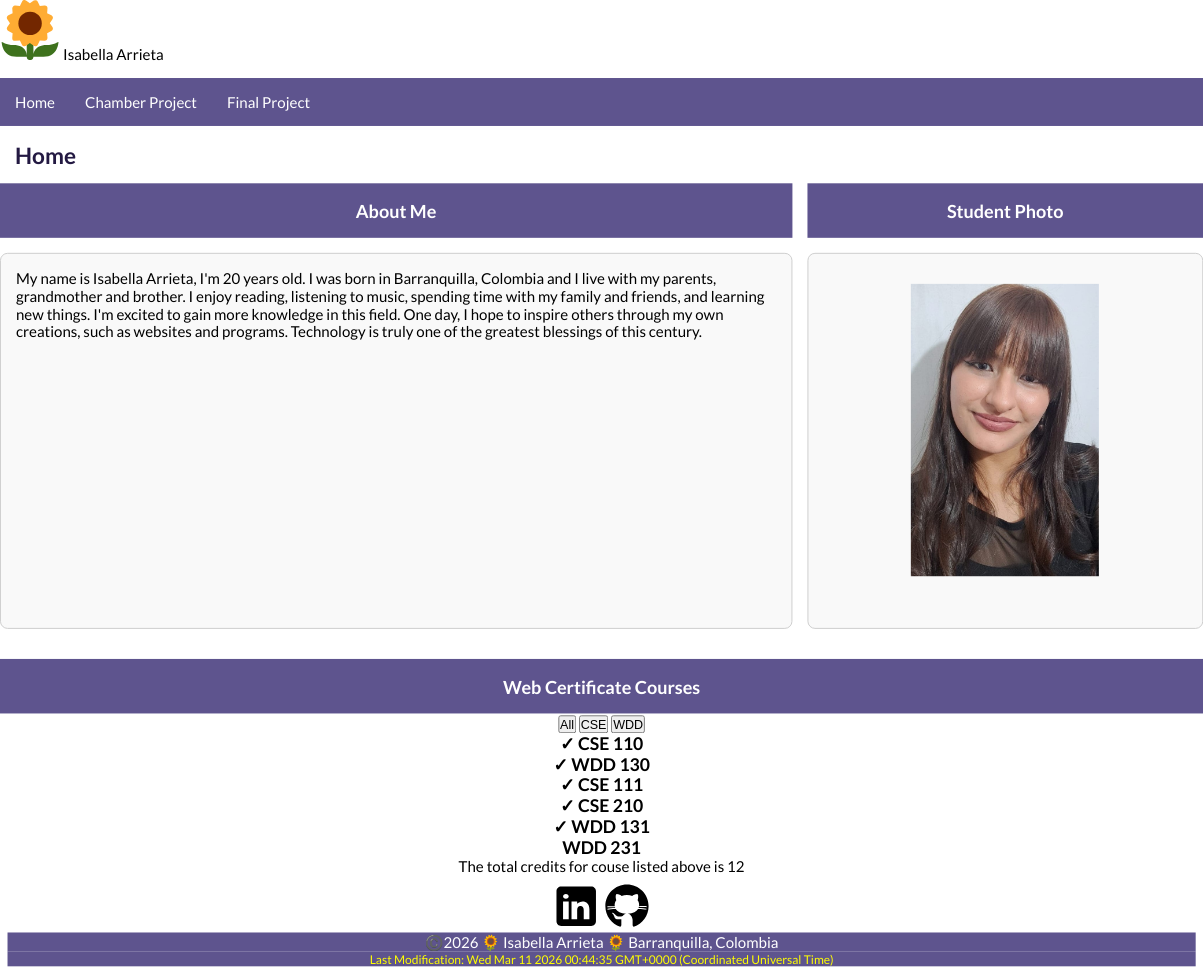
Repository: isaAJ05/wdd231
Page: index.html
These files come from the project's save history. The page is drawn as it stood at one moment and after the next save; the edit follows.
The browser window is 1280 px wide. The pictures show the whole page, at 94% of full size.
Some web fonts or font styles are not loaded; a fallback is used.

Above is the page before, as saved 2026-03-11 00:46:41.

### index.html
<!DOCTYPE html>
<html lang="en">
<head>
    <meta charset="UTF-8">
    <meta name="viewport" content="width=device-width, initial-scale=1.0">
    <title>WDD 231 – Web Frontend Development I – Isabella Arrieta</title>
    <meta name="description" content="WDD 231 – Web Frontend Development I Isabella Arrieta, This is a page about me">
    <meta name="author" content="Isabella Arrieta">
    <link rel="stylesheet" href="styles/normalize.css">
    <link rel="preconnect" href="https://fonts.googleapis.com">
    <link rel="preconnect" href="https://fonts.gstatic.com" crossorigin>
    <link href="https://fonts.googleapis.com/css2?family=Lato:ital,wght@0,100;0,300;0,400;0,700;0,900;1,100;1,300;1,400;1,700;1,900&family=Open+Sans:ital,wght@0,300..800;1,300..800&family=Play:wght@400;700&family=Raleway:ital,wght@0,100..900;1,100..900&display=swap" rel="stylesheet">
    <script src="scripts/getdates.js" defer></script>
    <script src="scripts/hamburguer.js" defer></script>
    <script src="scripts/courses.js" defer></script>
</head>
<body>
    <header>
        <div class="title">
            <img src="images/sunflower-svgrepo-com.svg" alt="Isabella Arrieta logo">
            <span>Isabella Arrieta</span>
        </div>
        <button id="menu" aria-label="Open menu"></button>
        <nav>
            <ul class="navigation">
			<li><a href="index.html">Home</a></li>
			<li><a href="#" class="chamber">Chamber Project</a></li>
			<li><a href="#" class="final">Final Project</a></li>
		</ul>
        </nav>
    </header>
    <main>
        <h1>Home</h1>
        <section>
         <div class="rectangle">
            <h2>About Me</h2>
            </div>
        <div class="card">
            <p>My name is Isabella Arrieta, I'm 20 years old. I was born in Barranquilla, Colombia and I live with my parents, grandmother and brother. I enjoy reading, listening to music, spending time with my family and friends, and learning new things. I'm excited to gain more knowledge in this field. One day, I hope to inspire others through my own creations, such as websites and programs. Technology is truly one of the greatest blessings of this century.</p>
        </div>
        </section>
        <section>
            <div class="rectangle">
                <h2>Student Photo</h2>
            </div>
            <div class="card">
                <img src="images/isa.jpg" alt="Isabella Arrieta picture">
            </div>
        </section>
        <section>
            <div class="rectangle">
                <h2>Web Certificate Courses</h2>
            </div>
            <div class="course-buttons">
                <button id="all">All</button>
                <button id="cse">CSE</button>
                <button id="wdd">WDD</button>
            </div>
            <div id="courses"></div>
            <p>The total credits for couse listed above is <span id="totalCredits"></span></p>

        </section>
    </main>
    <footer>
        <div class ="icons">
                <a href="https://www.linkedin.com/in/isabella-arrieta/" target="_blank"><img src="images/icons8-linkedin.svg" alt="LinkedIn icon"></a>
                <a href="https://github.com/isaaj05" target="_blank"><img src="images/icons8-github.svg" alt="GitHub icon"></a>
        </div>
        <p>
            ©️<span id="currentyear"></span> 🌻 Isabella Arrieta 🌻 Barranquilla, Colombia
        </p>
        <p class="last-modified">
            <span id="lastModified"></span>
        </p>
    </footer>

</body>
</html>

### styles/normalize.css
:root {
    --primary-color: #231942;
    --secondary-color: #5e548e;
    --font: "Lato", sans-serif;
}
* {
	margin: 0;
	padding: 0;
	box-sizing: border-box;
}
body{
	font-family: var(--font);
}
h1 {
	text-align: left;
	color: var(--primary-color);
	font-size: 1.5rem;
	margin-left: 1rem;
	position: left;
}

h2 {
	font-size: 1.2rem;
	color: #fff;
	text-align: center;
	margin: 1rem;
	}
header {
    position: relative;

}
nav {
	margin: 1rem auto;
}

/* small view navigation */
#menu {
	font-size: 1.5rem;
	border: 0;
	background: none;
	color: #000;
 	position: absolute;
  top: 1rem;
	right: 1rem;
}

#menu::before {
	content: "☰";
}

#menu.open::before {
	content: "✖️";
}

.navigation {
	display: flex;
	flex-direction: column;
	list-style: none;
	background-color: var(--secondary-color);
	color: #fff;
}

.navigation a {
	display: none;
	padding: 1rem;
	text-align: center;
	text-decoration: none;
	color: #fff;
}
.navigation a:hover {
	background-color: #bbb;
	color: #333;
	font-weight: 700;
}

/* when the button is clicked - the open class is toggled (added/removed) */
.open a {
	display: block;
}

.active::before {
	content: "📍";  /* just a wayfinding symbol for the user */
}

.card {
	border: 1px solid #ccc;
	border-radius: 8px;
	padding: 1rem;
	margin: 1rem auto;
	height: 400px;
	background-color: #f9f9f9;
}


.rectangle{
	padding: 0.1rem;
	background-color: var(--secondary-color);

}

.card img{
	width: 200px;
	height: auto;
	display: block;
	margin: 1rem auto;
}
footer {
    color:  #fff;
    text-align: center;
    padding: 8px;
}
footer p {
    background: var(--secondary-color);
	padding-: 4px;
}
.last-modified {
    font-size: 0.8rem;
    color: yellow;
}

/* large view navigation ************************************/
@media (min-width: 37.5em) {

	 main {
        display: grid;
        grid-template-columns: 2fr 1fr;
        gap: 1rem;

    }

    main h1 {
        grid-column: 1 / -1;
    }

	main section:last-of-type {
    grid-column: 1 / -1;
	text-align: center;
    }

	#menu {
		display: none; /* hide hamburger button */
	}

	.navigation {
		flex-direction: row;
	}

	.navigation a {
		display: block;
		flex: 1 1 100%;
	}

}

### scripts/getdates.js
const year = document.querySelector("#currentyear");
const today = new Date();
year.innerHTML = `<span class="highlight">${today.getFullYear()}</span>`;
const lastMod = document.querySelector("#lastModified");
let oLastModif = new Date(document.lastModified);
lastMod.innerHTML = `Last Modification: <span class="highlight">${oLastModif}</span>`;

### scripts/hamburguer.js
const hamButton = document.querySelector('#menu');
const navigation = document.querySelector('.navigation');
const title = document.querySelector('.title');

hamButton.addEventListener('click', () => {
	navigation.classList.toggle('open');
    hamButton.classList.toggle('open');
    title.classList.toggle('open');
});

### scripts/courses.js
// here we select the elements we need to interact with
const courseContainer = document.querySelector("#courses"); // container for the course cards
const totalCredits = document.querySelector("#totalCredits"); // element to display total credits
// buttons to filter courses
const allBtn = document.querySelector("#all");
const cseBtn = document.querySelector("#cse");
const wddBtn = document.querySelector("#wdd");
// array given by the university with all the courses in the web certificate program
const courses = [
    {
        subject: 'CSE',
        number: 110,
        title: 'Introduction to Programming',
        credits: 2,
        certificate: 'Web and Computer Programming',
        description: 'This course will introduce students to programming. It will introduce the building blocks of programming languages (variables, decisions, calculations, loops, array, and input/output) and use them to solve problems.',
        technology: [
            'Python'
        ],
        completed: true
    },
    {
        subject: 'WDD',
        number: 130,
        title: 'Web Fundamentals',
        credits: 2,
        certificate: 'Web and Computer Programming',
        description: 'This course introduces students to the World Wide Web and to careers in web site design and development. The course is hands on with students actually participating in simple web designs and programming. It is anticipated that students who complete this course will understand the fields of web design and development and will have a good idea if they want to pursue this degree as a major.',
        technology: [
            'HTML',
            'CSS'
        ],
        completed: true
    },
    {
        subject: 'CSE',
        number: 111,
        title: 'Programming with Functions',
        credits: 2,
        certificate: 'Web and Computer Programming',
        description: 'CSE 111 students become more organized, efficient, and powerful computer programmers by learning to research and call functions written by others; to write, call , debug, and test their own functions; and to handle errors within functions. CSE 111 students write programs with functions to solve problems in many disciplines, including business, physical science, human performance, and humanities.',
        technology: [
            'Python'
        ],
        completed: true
    },
    {
        subject: 'CSE',
        number: 210,
        title: 'Programming with Classes',
        credits: 2,
        certificate: 'Web and Computer Programming',
        description: 'This course will introduce the notion of classes and objects. It will present encapsulation at a conceptual level. It will also work with inheritance and polymorphism.',
        technology: [
            'C#'
        ],
        completed: true
    },
    {
        subject: 'WDD',
        number: 131,
        title: 'Dynamic Web Fundamentals',
        credits: 2,
        certificate: 'Web and Computer Programming',
        description: 'This course builds on prior experience in Web Fundamentals and programming. Students will learn to create dynamic websites that use JavaScript to respond to events, update content, and create responsive user experiences.',
        technology: [
            'HTML',
            'CSS',
            'JavaScript'
        ],
        completed: true
    },
    {
        subject: 'WDD',
        number: 231,
        title: 'Frontend Web Development I',
        credits: 2,
        certificate: 'Web and Computer Programming',
        description: 'This course builds on prior experience with Dynamic Web Fundamentals and programming. Students will focus on user experience, accessibility, compliance, performance optimization, and basic API usage.',
        technology: [
            'HTML',
            'CSS',
            'JavaScript'
        ],
        completed: false
    }
]
// function to display the courses on the page
function displayCourses(courseList) {
    courseContainer.innerHTML = ""; // clear the container before adding new courses

    courseList.forEach(course => {
        const card = document.createElement("div"); // create a card for each course
        card.classList.add("course-card");

        if (course.completed) {
            card.classList.add("completed");// add a class to indicate the course is completed
        }

        card.innerHTML = `
            <h3>${course.completed ? '✓' : ''} ${course.subject} ${course.number}</h3>
        `;

        courseContainer.appendChild(card); // add the card to the container
    });

    calculateCredits(courseList);
}
function calculateCredits(courseList) {
    const total = courseList.reduce((sum, course) => sum + course.credits, 0); // calculate the total credits by summing the credits of all courses in the list
    totalCredits.textContent = total;
}

allBtn.addEventListener("click", () => {
    displayCourses(courses);
});

cseBtn.addEventListener("click", () => {
    const cseCourses = courses.filter(course => course.subject === "CSE");
    displayCourses(cseCourses);
});

wddBtn.addEventListener("click", () => {
    const wddCourses = courses.filter(course => course.subject === "WDD");
    displayCourses(wddCourses);
});

displayCourses(courses);

After the next save:
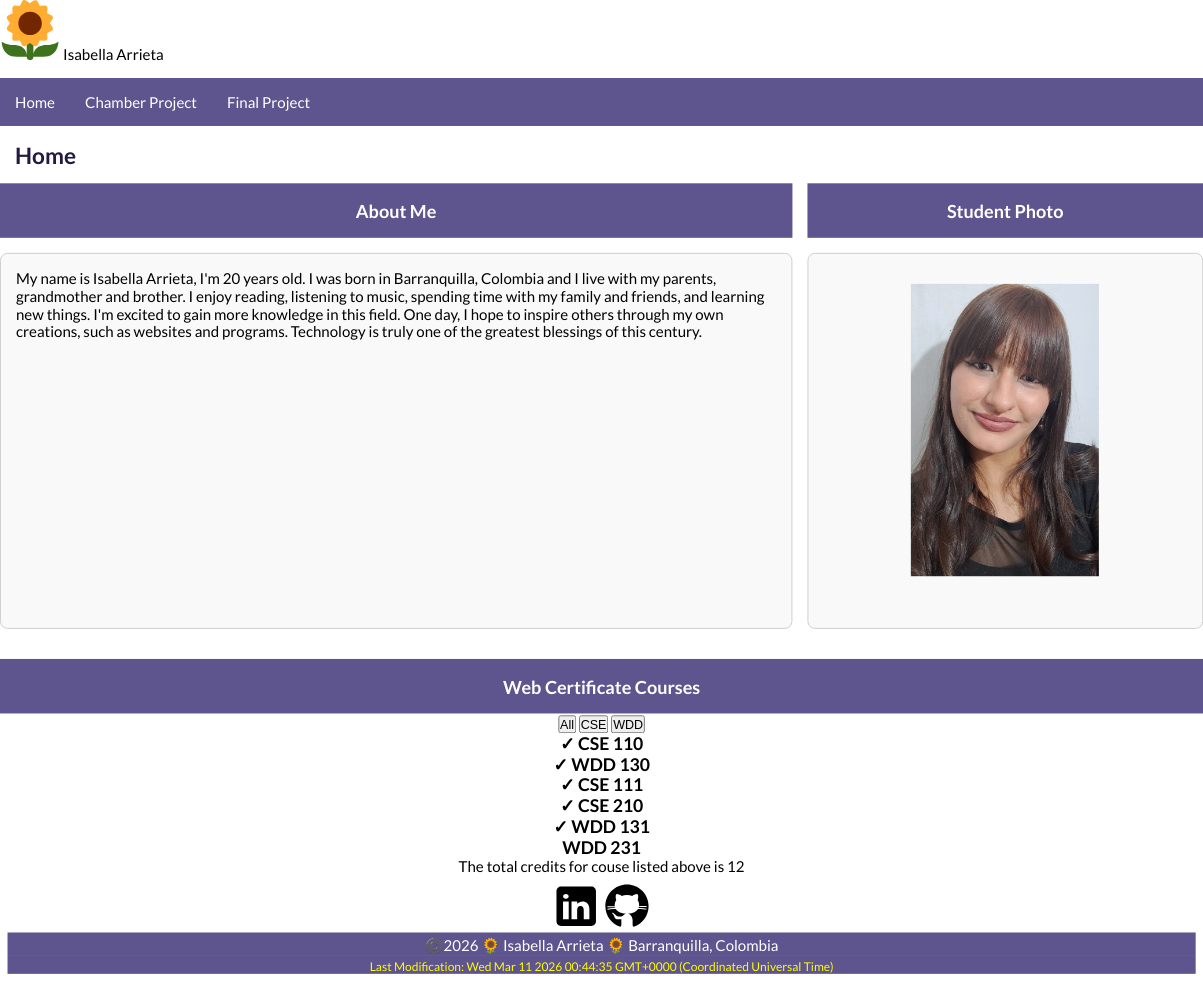
Saved 13 s later.
--- a/styles/normalize.css
+++ b/styles/normalize.css
@@ -111,7 +111,7 @@
 }
 footer p {
     background: var(--secondary-color);
-	padding-: 4px;
+	padding-top: 4px;
 }
 .last-modified {
     font-size: 0.8rem;

After the 2 saves that followed:
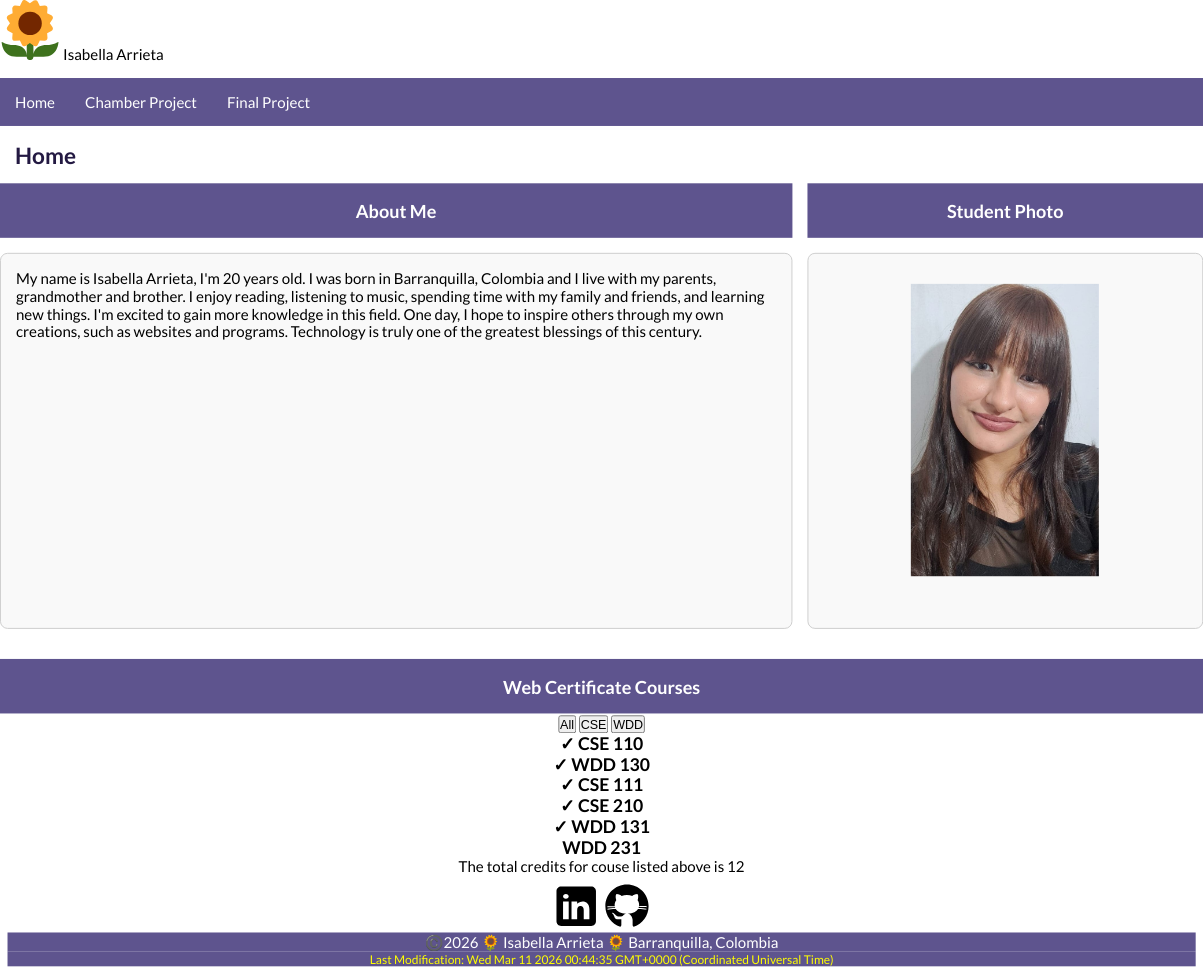
The 2 saves are shown as one change because they came seconds apart.
The last was saved 8 s later.
--- a/styles/normalize.css
+++ b/styles/normalize.css
@@ -111,7 +111,7 @@
 }
 footer p {
     background: var(--secondary-color);
-	padding-top: 4px;
+	padding-down: 4px;
 }
 .last-modified {
     font-size: 0.8rem;
